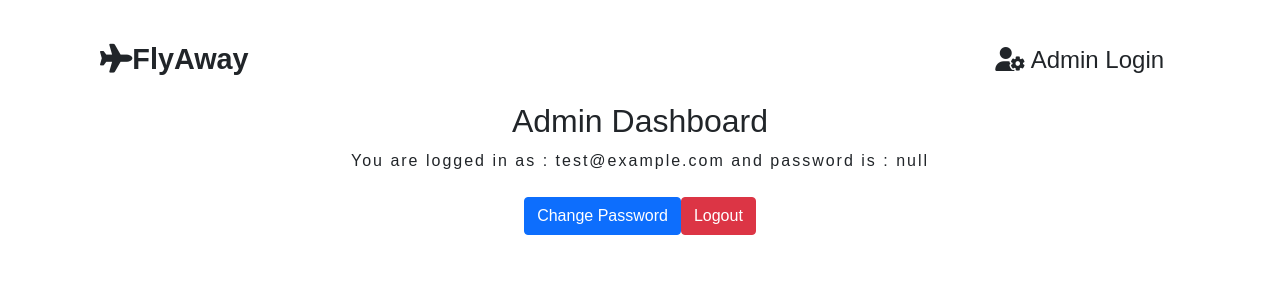
Repository: Niks4u2/FlyAway
Page: http://localhost/flyaway/dashboard.jsp
An editor plug-in stored every save of this project. The page is shown before and after the next save, followed by the edit.
The browser window is 1280 px wide. The pictures show the whole page.
Some web fonts or font styles are not loaded; a fallback is used. Some web libraries are served in a nearby version. The page is served by Tomcat 10. The session is filled in as if someone had signed in: {"email": "test@example.com"}. Other server files are loaded and not shown.

Above is the page before, as saved 2021-09-26 07:36:04.

### Source Code/flyaway/src/main/webapp/dashboard.jsp
<%@ page language="java" contentType="text/html; charset=ISO-8859-1"
    pageEncoding="ISO-8859-1"%>
<!DOCTYPE html>
<html>

<head>
    <meta charset="utf-8">
    <meta name="viewreport" content="width=device-width, initial-scale=1.0">
    <title>FlyAway</title>
    <link href="https://cdn.jsdelivr.net/npm/bootstrap@5.0.2/dist/css/bootstrap.min.css" rel="stylesheet" integrity="sha384-EVSTQN3/azprG1Anm3QDgpJLIm9Nao0Yz1ztcQTwFspd3yD65VohhpuuCOmLASjC" crossorigin="anonymous">
	<script src="https://cdn.jsdelivr.net/npm/bootstrap@5.0.2/dist/js/bootstrap.bundle.min.js" integrity="sha384-MrcW6ZMFYlzcLA8Nl+NtUVF0sA7MsXsP1UyJoMp4YLEuNSfAP+JcXn/tWtIaxVXM" crossorigin="anonymous"></script>
    <link href="https://fonts.googleapis.com/css?family=Raleway&display=swap" rel="stylesheet" />
    <script src="https://kit.fontawesome.com/92e9dde9ec.js" crossorigin="anonymous"></script>
    <style>
        body {
            margin: 0;
            padding: 0;
            background: #fff;
            font-family: 'Raleway', sans-serif;
            color: #fff;
        }

        .banner {
            height: 100vh;
            width: 100%;
        }

        .banner .navbar {
            margin-top: 2%;
        }

        .banner .navbar-brand {
            color: #fff;
            font-size: 1.8em;
            font-weight: 700;
            margin-left: 7%;
        }

        .banner .nav {
            margin-right: 7%;
        }

        .banner .nav li a {
            color: #aaa;
            font-size: 1.5em;
        }

        .banner p {
            font-weight: 500;
            letter-spacing: 2px;
        }

        .login {
            margin-left: 50%;
        }
    </style>
</head>

<body>
	<%
	if(session.getAttribute("email") == null)
		response.sendRedirect("login.jsp");
	%>
    <div class="container-fluid banner justify-content-center align-items-center">
        <div class="row g-2">
            <div class="col-md-12">
                <nav class="navbar navbar-md">
                    <div class="navbar-brand text-dark"><i class="fas fa-plane"></i>FlyAway</div>
                    <ul class="nav">
                        <li class="nav-item">
                            <a class="nav-link text-dark" href="#"><i class="fas fa-user-cog"></i> Admin Login</a>
                        </li>
                    </ul>
                </nav>
            </div>
            <div class="col-md-12 text-center text-dark">
                <h2>
                    Admin Dashboard
                </h2>
                <p>You are logged in as : <%= session.getAttribute("email") %> and password is : <%= session.getAttribute("password") %> </p>
            </div>

            <div class="col-md-12 d-flex justify-content-center">
                <button class="btn btn-primary">Change Password</button>
                <a href="LogoutServlet"><button class="btn btn-danger">Logout</button></a>
            </div>

        </div>
    </div>
</body>

</html>

After the next save:
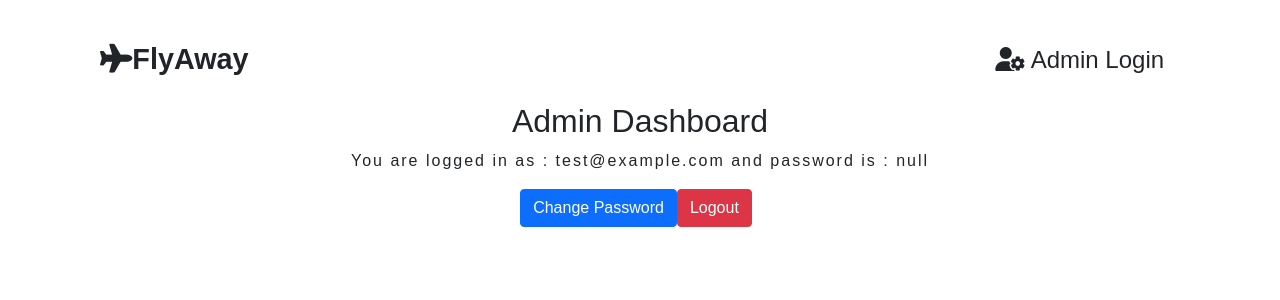
Saved 35 s later.
--- a/Source Code/flyaway/src/main/webapp/dashboard.jsp
+++ b/Source Code/flyaway/src/main/webapp/dashboard.jsp
@@ -79,12 +79,12 @@
                 </h2>
                 <p>You are logged in as : <%= session.getAttribute("email") %> and password is : <%= session.getAttribute("password") %> </p>
             </div>
-
+			<div class="row gx-2">
             <div class="col-md-12 d-flex justify-content-center">
                 <button class="btn btn-primary">Change Password</button>
                 <a href="LogoutServlet"><button class="btn btn-danger">Logout</button></a>
             </div>
-
+			</div>
         </div>
     </div>
 </body>
